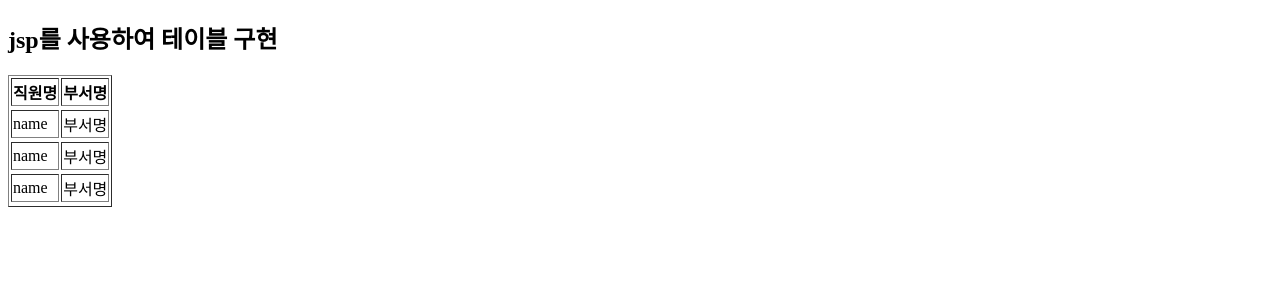
Repository: jihyeon00/java_web_sol
Page: http://localhost/jspweb_07/forstat_ex.jsp
These files come from the project's save history. The page is drawn as it stood at one moment and after the next save; the edit follows.
The browser window is 1280 px wide. The pictures show the whole page.
The page is served by Tomcat 9.

Above is the page before, as saved 2024-01-11 00:46:41.

After the next save:
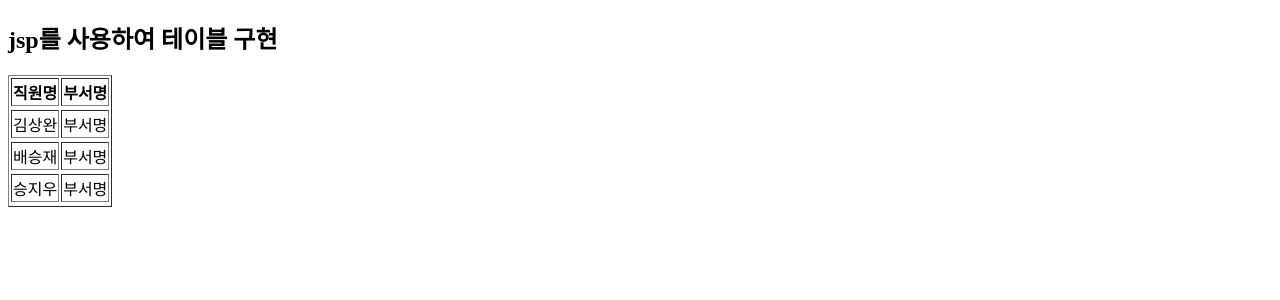
Saved 17 s later.
--- a/workspace_stsb/jspweb_07/src/main/webapp/forstat_ex.jsp
+++ b/workspace_stsb/jspweb_07/src/main/webapp/forstat_ex.jsp
@@ -27,7 +27,7 @@
 
 		for(String td : name){
 		out.println("<tr>");
-		out.println("<td>name</td>");
+		out.println("<td>"+ td+ "</td>");
 		out.println("<td>부서명</td>");
 		out.println("<tr>");
 
